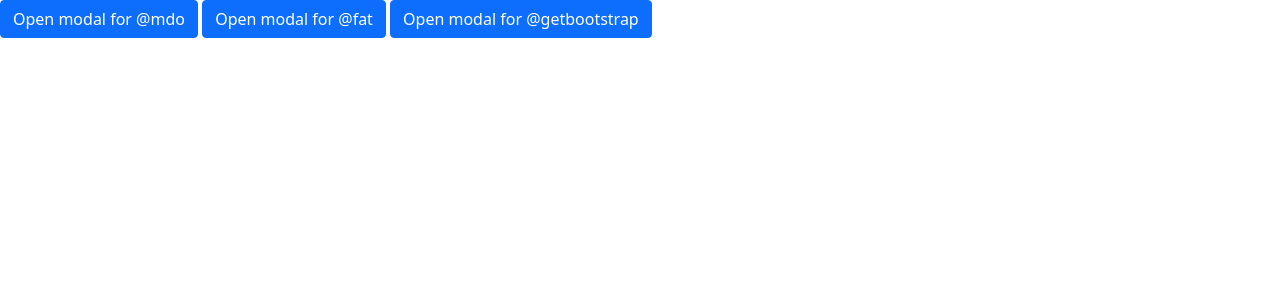
Repository: eogus0512/Quiz_WebProject
Page: http://localhost/Quiz_WebProject/test.jsp
These files come from the project's save history. The page is drawn as it stood at one moment and after the next save; the edit follows.
The browser window is 1280 px wide. The pictures show the whole page.
The page is served by Tomcat 9.

Above is the page before, as saved 2021-12-11 09:37:03.

After the next save:
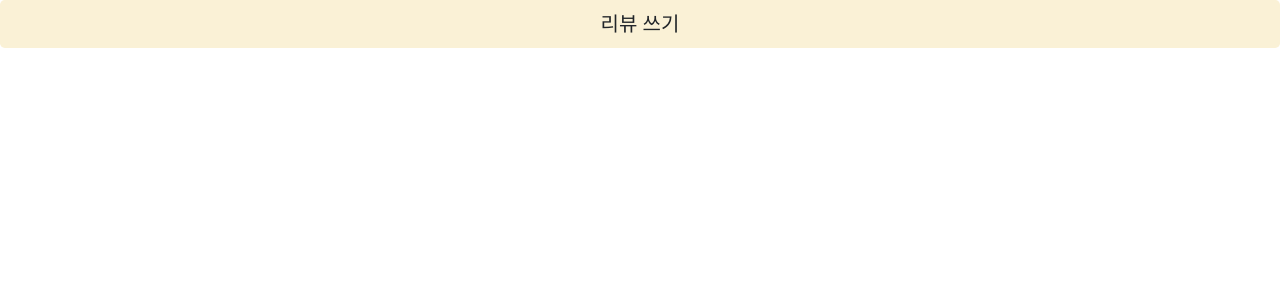
Saved 47 s later.
--- a/Quiz_WebProject/WebContent/test.jsp
+++ b/Quiz_WebProject/WebContent/test.jsp
@@ -12,35 +12,44 @@
     <title>동퀴콘</title>
 </head>
 <body>
-<button type="button" class="btn btn-primary" data-bs-toggle="modal" data-bs-target="#exampleModal" data-bs-whatever="@mdo">Open modal for @mdo</button>
-<button type="button" class="btn btn-primary" data-bs-toggle="modal" data-bs-target="#exampleModal" data-bs-whatever="@fat">Open modal for @fat</button>
-<button type="button" class="btn btn-primary" data-bs-toggle="modal" data-bs-target="#exampleModal" data-bs-whatever="@getbootstrap">Open modal for @getbootstrap</button>
+<button class="w-100 btn btn-lg btn" type="button"  data-bs-toggle="modal" data-bs-target="#wrtReview"  style="background-color: #faf1d6">리뷰 쓰기</button>
 
-<div class="modal fade" id="exampleModal" tabindex="-1" aria-labelledby="exampleModalLabel" aria-hidden="true">
-  <div class="modal-dialog">
-    <div class="modal-content">
-      <div class="modal-header">
-        <h5 class="modal-title" id="exampleModalLabel">New message</h5>
-        <button type="button" class="btn-close" data-bs-dismiss="modal" aria-label="Close"></button>
-      </div>
-      <div class="modal-body">
-        <form>
-          <div class="mb-3">
-            <label for="recipient-name" class="col-form-label">Recipient:</label>
-            <input type="text" class="form-control" id="recipient-name">
-          </div>
-          <div class="mb-3">
-            <label for="message-text" class="col-form-label">Message:</label>
-            <textarea class="form-control" id="message-text"></textarea>
-          </div>
-        </form>
-      </div>
-      <div class="modal-footer">
-        <button type="button" class="btn btn-secondary" data-bs-dismiss="modal">Close</button>
-        <button type="button" class="btn btn-primary">Send message</button>
-      </div>
-    </div>
-  </div>
-</div>
+                <div class="modal fade" id="wrtReview" tabindex="-1" aria-labelledby="exampleModalLabel" aria-hidden="true">
+                    <div class="modal-dialog modal-dialog-centered">
+                        <div class="modal-content">
+                            <form method="post" action="action/reviewAction.jsp">
+                                <div class="modal-header">
+                                    <h4 class="modal-title" id="exampleModalLabel">리뷰 쓰기</h4>
+                                    <button type="button" class="btn-close" data-bs-dismiss="modal" aria-label="Close"></button>
+                                </div>
+                                <div class="modal-body">
+                                    <div class="mb-3 d-flex">
+                                        <label for="score" class="col-form-label col-md-3">별점</label>
+                                        <select class="form-select col-md-9 ms-auto" name="score" id="score" style="width:350px" required>
+                                            <option>선택</option>
+                                            <option>1.0</option>
+                                            <option>1.5</option>
+                                            <option>2.0</option>
+                                            <option>2.5</option>
+                                            <option>3.0</option>
+                                            <option>3.5</option>
+                                            <option>4.0</option>
+                                            <option>4.5</option>
+                                            <option>5.0</option>
+                                        </select>
+                                    </div>
+                                    <div class="mb-3 d-flex">
+                                        <label for="contents" class="col-form-label col-md-3">후기</label>
+                                        <textarea class="form-control col-md-9 ms-auto" name="contents" id="contents" style="width:350px" required></textarea>
+                                    </div>
+                                </div>
+                                <div class="modal-footer">
+                                    <button type="button" class="btn" style="background-color: #d3d3d3" data-bs-dismiss="modal">닫기</button>
+                                    <button type="submit" class="btn" style="background-color: #faf1d6">완료</button>
+                                </div>
+                            </form>
+                        </div>
+                    </div>
+                </div>
 </body>
 </html>
